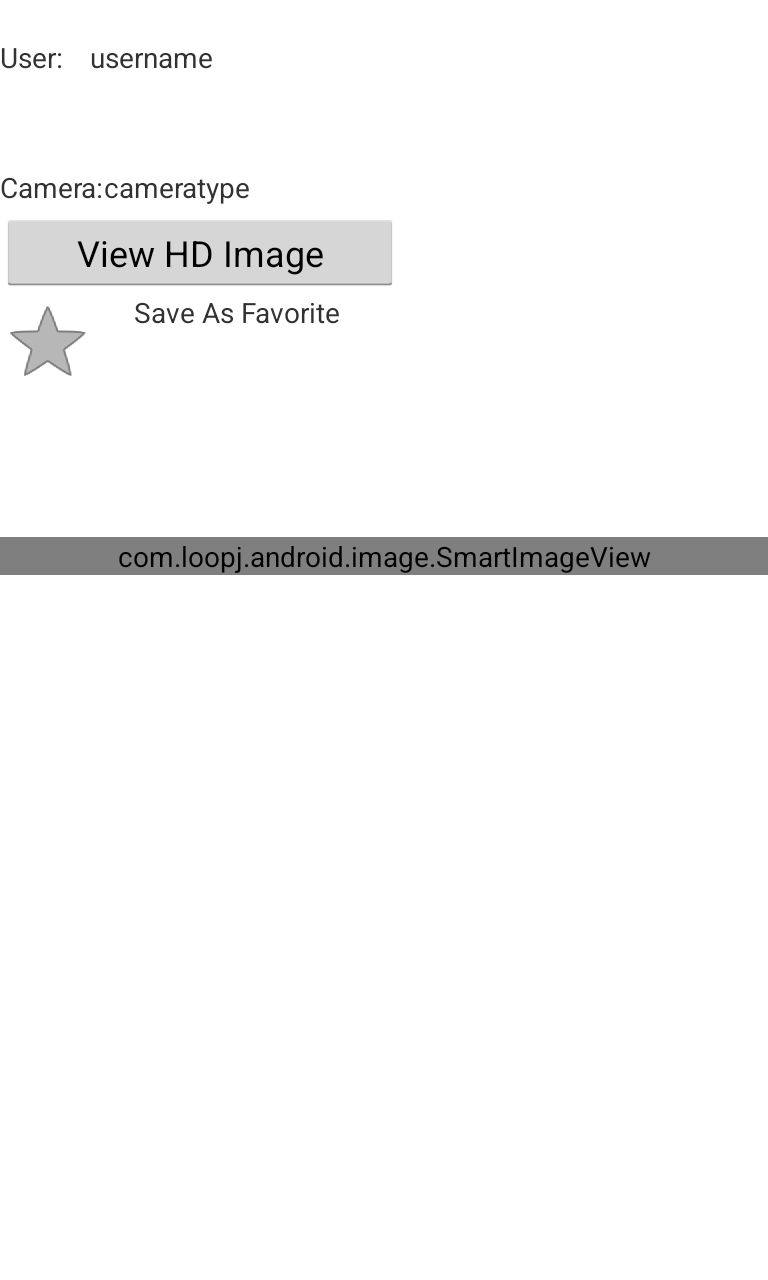
Repository: arianaantonio/Java2_Antonio
Layout: SpaceImageViewer/res/layout/details_activity.xml
The author's editor kept a copy of each file at every save. The layout is drawn from the files as they stood at one save, then again after the next save.
Pictures or frames that could not be fetched are drawn as grey boxes. It is drawn on a 768 x 1280 px phone screen (xhdpi) without system bars, with theme AppTheme; the app's code is not run.

Above is the layout before, as saved 2014-07-17 07:58:04.

### SpaceImageViewer/res/layout/details_activity.xml
<?xml version="1.0" encoding="utf-8"?>
<LinearLayout xmlns:android="http://schemas.android.com/apk/res/android"
    android:layout_width="match_parent"
    android:layout_height="match_parent"
    android:orientation="vertical" >

    <TextView
        android:id="@+id/title"
        android:layout_width="wrap_content"
        android:layout_height="wrap_content"
        android:layout_weight="0.00"
        android:text="" />

    <LinearLayout
        android:id="@+id/linearLayout1"
        android:layout_width="144dp"
        android:layout_height="22dp"
        android:layout_weight="0.00"
        android:orientation="horizontal" >

        <TextView
            android:id="@+id/user"
            android:layout_width="45dp"
            android:layout_height="38dp"
            android:layout_gravity="center_horizontal"
            android:layout_marginBottom="25dp"
            android:layout_marginTop="30dp"
            android:text="@string/userString" />

        <TextView
            android:id="@+id/userName"
            android:layout_width="fill_parent"
            android:layout_height="wrap_content"
            android:layout_weight="1"
            android:text="username" />
    </LinearLayout>

    <LinearLayout
        android:id="@+id/linearLayout2"
        android:layout_width="144dp"
        android:layout_height="22dp"
        android:layout_marginTop="43dp"
        android:orientation="horizontal" >

        <TextView
            android:id="@+id/camera"
            android:layout_width="wrap_content"
            android:layout_height="wrap_content"
            android:text="@string/cameraString" />

        <TextView
            android:id="@+id/cameraType"
            android:layout_width="wrap_content"
            android:layout_height="wrap_content"
            android:text="cameratype" />
    </LinearLayout>

    <Button
        android:id="@+id/button1"
        android:layout_width="wrap_content"
        android:layout_height="wrap_content"
        android:layout_weight="0.00"
        android:minHeight="35dp"
        android:text="@string/HDbutton"
        android:width="200dp" />

    <LinearLayout
        android:id="@+id/linearLayout3"
        android:layout_width="match_parent"
        android:layout_height="wrap_content"
        android:layout_weight="0.00"
        android:orientation="horizontal" >

        <RatingBar
            android:id="@+id/ratingBar"
            android:layout_width="wrap_content"
            android:layout_height="wrap_content"
            android:numStars="1"
            android:rating="0.0"
            android:stepSize="1.0" />

        <TextView
            android:id="@+id/textView1"
            android:layout_width="wrap_content"
            android:layout_height="wrap_content"
            android:layout_marginLeft="19dp"
            android:layout_weight="0.00"
            android:text="@string/favorite" />
    </LinearLayout>

	<RelativeLayout
	    android:id="@+id/relativeLayout1"
	    android:layout_width="match_parent"
	    android:layout_height="22dp"
	    android:layout_gravity="center"
	    android:layout_marginTop="43dp"
	    android:layout_weight="0.00"
	    android:orientation="horizontal" >

	</RelativeLayout>

    <com.loopj.android.image.SmartImageView
        android:id="@+id/my_image"
        android:layout_width="match_parent"
        android:layout_height="wrap_content"
        android:visibility="visible" />
</LinearLayout>

### SpaceImageViewer/res/values/strings.xml
<?xml version="1.0" encoding="utf-8"?>
<resources>

    <string name="app_name">Space Image Viewer</string>
    <string name="action_settings">Settings</string>
    <string name="textview_text">List of images of spiral galaxies</string>
    <string name="detail_view">Details:</string>
    <string name="Description">Image View</string>
    <color name="Purple">#7F00FF</color>
    <color name="Grey">#D8D8D8</color>
    <color name="Aqua">#99FFFF</color>
    <string name="userString">User:</string>
    <string name="cameraString">Camera:</string>
    <string name="HDbutton">View HD Image</string>
    <string name="detailactivity">Details Activity</string>
    <string name="favorite">Save As Favorite</string>


</resources>

Loaded but not shown: SpaceImageViewer/res/values/styles.xml (common file); SpaceImageViewer/res/values-v11/styles.xml (common file); SpaceImageViewer/res/values-v14/styles.xml (common file)

After the next save:
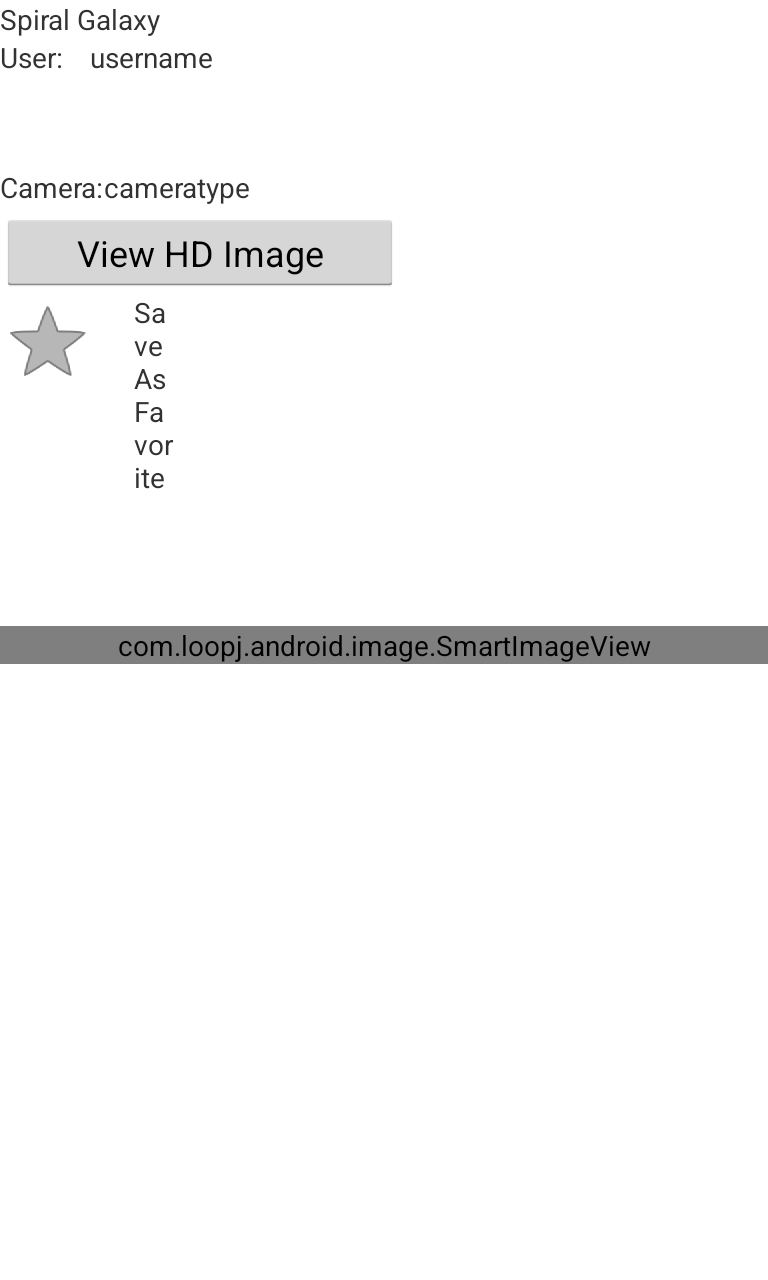
Saved 61 s later.
--- a/SpaceImageViewer/res/layout/details_activity.xml
+++ b/SpaceImageViewer/res/layout/details_activity.xml
@@ -9,7 +9,7 @@
         android:layout_width="wrap_content"
         android:layout_height="wrap_content"
         android:layout_weight="0.00"
-        android:text="" />
+        android:text="Spiral Galaxy" />
 
     <LinearLayout
         android:id="@+id/linearLayout1"
@@ -31,7 +31,6 @@
             android:id="@+id/userName"
             android:layout_width="fill_parent"
             android:layout_height="wrap_content"
-            android:layout_weight="1"
             android:text="username" />
     </LinearLayout>
 
@@ -81,7 +80,7 @@
 
         <TextView
             android:id="@+id/textView1"
-            android:layout_width="wrap_content"
+            android:layout_width="20dp"
             android:layout_height="wrap_content"
             android:layout_marginLeft="19dp"
             android:layout_weight="0.00"

After the save that followed:
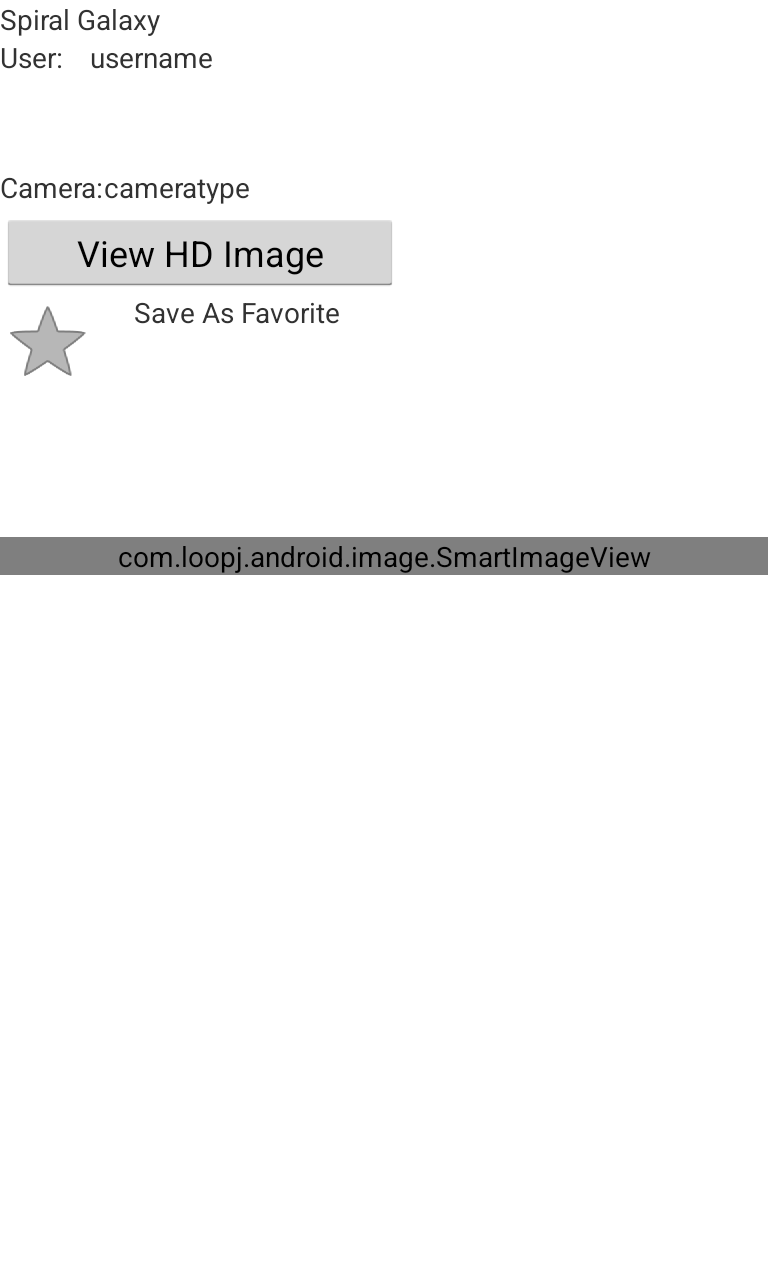
Saved 2 min 51 s later.
--- a/SpaceImageViewer/res/layout/details_activity.xml
+++ b/SpaceImageViewer/res/layout/details_activity.xml
@@ -80,10 +80,9 @@
 
         <TextView
             android:id="@+id/textView1"
-            android:layout_width="20dp"
+            android:layout_width="wrap_content"
             android:layout_height="wrap_content"
             android:layout_marginLeft="19dp"
-            android:layout_weight="0.00"
             android:text="@string/favorite" />
     </LinearLayout>
 
